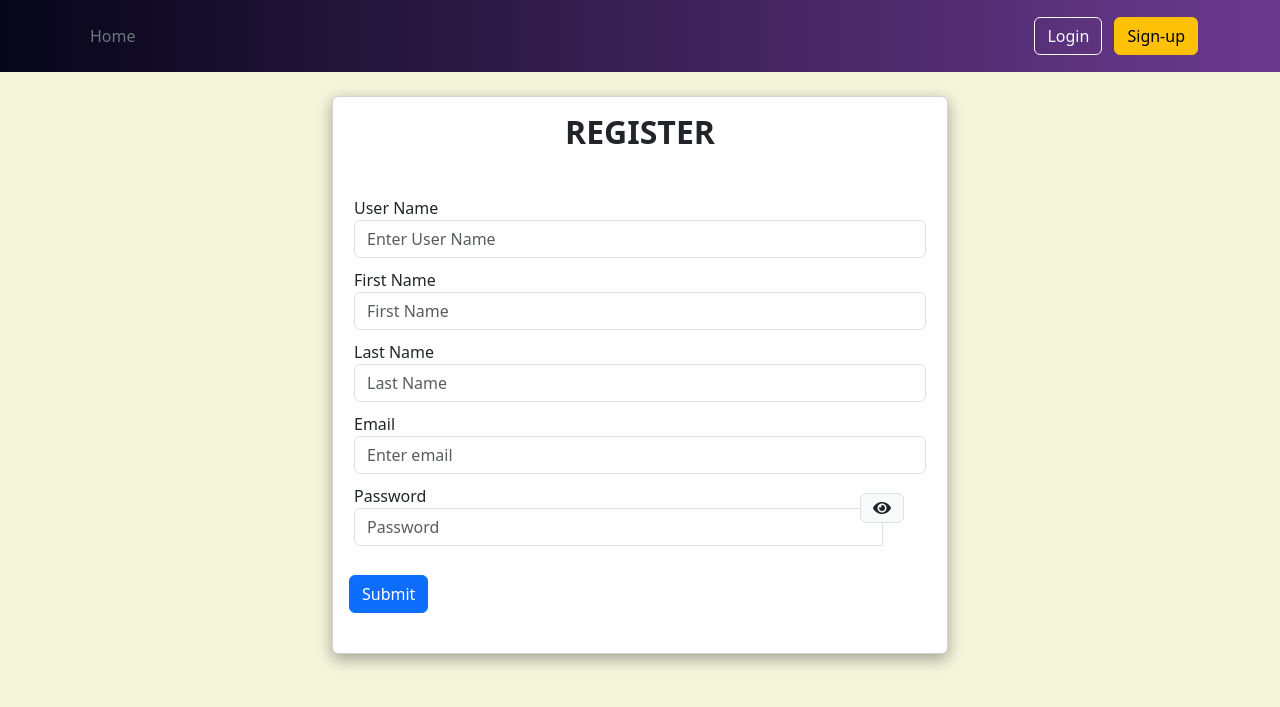
Repository: professorsourabh/php_membership
Page: http://localhost/MVC-Assignment/
The author's editor kept a copy of each file at every save. The page is drawn from the files as they stood at one save, then again after the next save.
The browser window is 1280 px wide. The pictures show the whole page.
Some web libraries are served in a nearby version. The page is run by PHP 8.4 with error messages shown; the project is at /var/www/html/.

Above is the page before, as saved 2023-07-09 15:40:35.

### index.php
<?php
session_start();
?>

<html lang="en">
<head>
    <meta charset="UTF-8">
    <meta name="viewport" content="width=device-width, initial-scale=1.0">
    <title>Assesment-Register</title>
    <link href="https://cdn.jsdelivr.net/npm/bootstrap@5.3.0/dist/css/bootstrap.min.css" rel="stylesheet" integrity="sha384-9ndCyUaIbzAi2FUVXJi0CjmCapSmO7SnpJef0486qhLnuZ2cdeRhO02iuK6FUUVM" crossorigin="anonymous">
    <link rel="stylesheet" href="https://cdnjs.cloudflare.com/ajax/libs/font-awesome/5.13.0/css/all.min.css">
    <link rel="stylesheet" href="index.css"></link>
</head>
<body>
    <header class="p-3 bg-dark text-white">
        <div class="container">
          <div class="d-flex flex-wrap align-items-center justify-content-center justify-content-lg-start">


            <ul class="nav col-12 col-lg-auto me-lg-auto mb-2 justify-content-center mb-md-0">
              <li><a href="#" class="nav-link px-2 text-secondary " >Home</a></li>

            </ul>

              <div class="text-end">
              <a type="button" class="btn btn-outline-light me-2" href="login.php">Login</a>
              <a type="button" class="btn btn-warning" href="index.php">Sign-up</a>
            </div>
          </div>
        </div>
      </header>
      <div class="container my-4 col-lg-6">
        <div class="card my-4" style="box-shadow: rgba(0, 0, 0, 0.35) 0px 5px 15px;">
            <div class="card-heading text-center my-3 mx-2">
                <h2 class="text-uppercase fw-bold">Register</h2>
            </div>
            <div class="card-body">
            <?php if (!empty($_SESSION['error_msg'])) { ?>
            <div class="error">
                <div class="alert alert-danger alert-dismissible fade show" role="alert">
                    <?php echo $_SESSION['error_msg']; ?>
                    <button type="button" class="btn-close" data-bs-dismiss="alert" aria-label="Close"></button>
                </div>
            </div>
            <?php
            unset($_SESSION['error_msg']);
        } ?>
         <?php if (!empty($_SESSION['success_msg'])) { ?>
            <div class="error">
                <div class="alert alert-success alert-dismissible fade show" role="alert">
                    <?php echo $_SESSION['success_msg']; ?>
                    <button type="button" class="btn-close" data-bs-dismiss="alert" aria-label="Close"></button>
                </div>
            </div>
            <?php
            unset($_SESSION['success_msg']);
        } ?>

        <form method="post" action="./controller/registerController.php">
            <div class="form-group">
                <label for="exampleInputusername">User Name</label>
                <input type="text" class="form-control" name="username" id="username" placeholder="Enter User Name">
              </div>

              <div class="form-group">
                <label for="exampleInputfirst_name">First Name</label>
                <input type="text" class="form-control" name="firstname" id="first_name" placeholder="First Name">
              </div>
              <div class="form-group">
                <label for="exampleInputlast_name">Last Name</label>
                <input type="text" name="lastname" class="form-control" id="last_name" placeholder="Last Name">
              </div>

            <div class="form-group">
              <label for="exampleInputEmail">Email</label>
              <input type="email" class="form-control" name="email" id="email"  placeholder="Enter email">

            </div>


            <div class="form-group">
    <label for="exampleInputPassword">Password</label>
    <div class="input-group">
        <input type="password" class="form-control" name="password" id="exampleInputPassword" placeholder="Password">
        <div class="input-group-append">
            <span class="input-group-text eye-icon" onclick="togglePasswordVisibility('password')">
                <i class="fas fa-eye"></i>
            </span>
        </div>
    </div>
</div>


            <button type="submit" class="btn btn-primary my-4">Submit</button>
          </form>

            </div>
        </div>

    </div>







    <script src="https://cdn.jsdelivr.net/npm/bootstrap@5.3.0/dist/js/bootstrap.bundle.min.js" integrity="sha384-geWF76RCwLtnZ8qwWowPQNguL3RmwHVBC9FhGdlKrxdiJJigb/j/68SIy3Te4Bkz" crossorigin="anonymous"></script>
    <script src="./public/project.js">

       </script>
  </body>
</html>

### index.css
*{
    padding: 0;
    margin: 0;
}

body{

    background-color: beige;
}
header{
    background: rgb(5,4,24);
    background: linear-gradient(90deg, rgba(5,4,24,0.9557072829131653) 0%, rgba(134,66,179,0.7400210084033614) 100%);
}
.registration-part{

    padding: 50px;

}
.text-cente{
    text-align: center;
}
div.form-group{
    padding: 5px;
}

span.eye-icon {


    /* position: absolute; */
    /* /* height: 39px; */
    top: 77%;
    left: 95%;
    transform: translate(-50%, -50%); */
}

### public/project.js
function togglePasswordVisibility(inputId) {
    var input = document.getElementById(inputId);
    if (input.type === "password") {
        input.type = "text";
    } else {
        input.type = "password";
    }
}

After the next save:
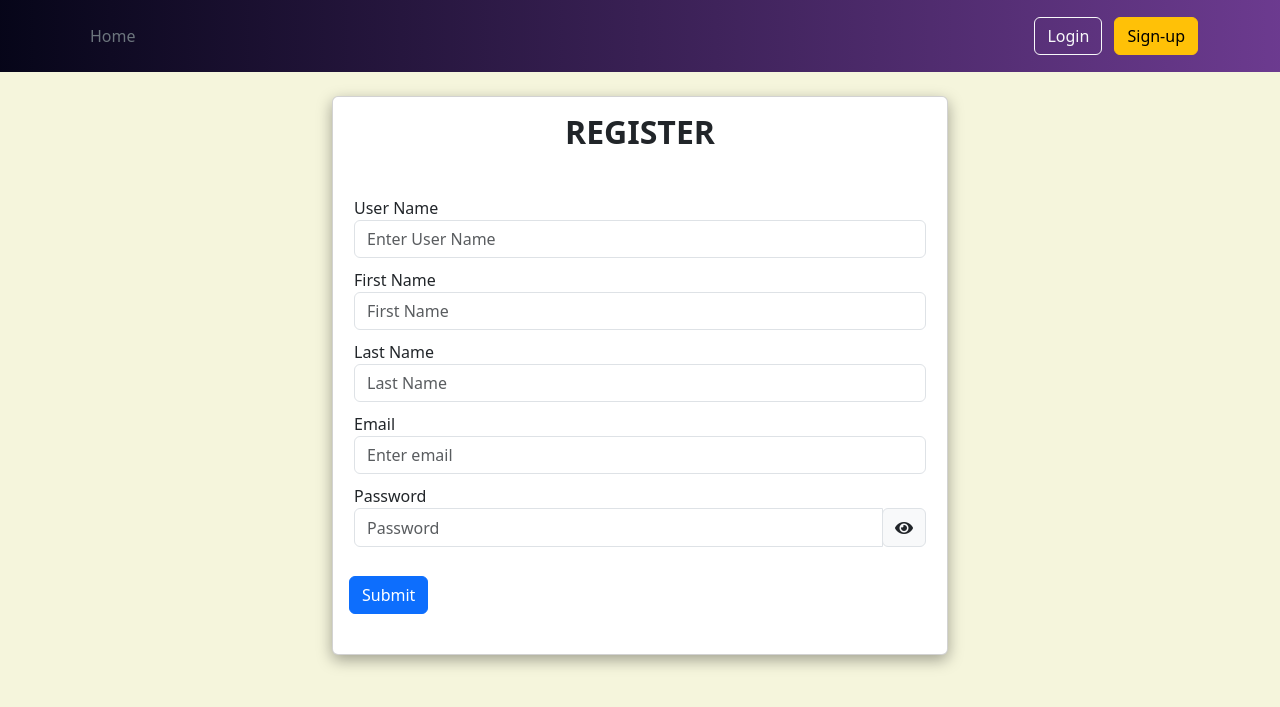
Saved 14 s later.
--- a/index.css
+++ b/index.css
@@ -27,8 +27,8 @@ span.eye-icon {
 
 
     /* position: absolute; */
-    /* /* height: 39px; */
-    top: 77%;
-    left: 95%;
-    transform: translate(-50%, -50%); */
+    height: 39px;
+    /* top: 77%; */
+    /* left: 95%; */
+    /* transform: translate(-50%, -50%); */ */
 }
